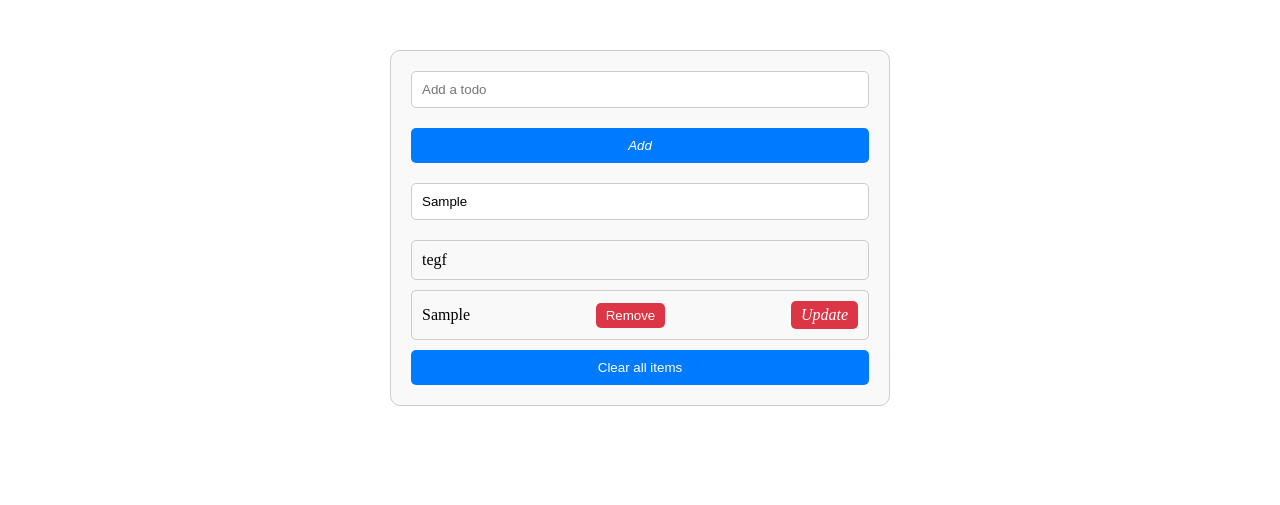
Repository: Fariadd/Vanilla-JS
Page: movieAPI/index.html
These files come from the project's save history. The page is drawn as it stood at one moment and after the next save; the edit follows.
The browser window is 1280 px wide. The pictures show the whole page.
Empty fields were first filled with sample values (such as "Sample", 5 or name@example.com).
After loading, the first visible `form.form` was submitted once.

Above is the page before, as saved 2024-10-04 10:47:04.

After the next save:
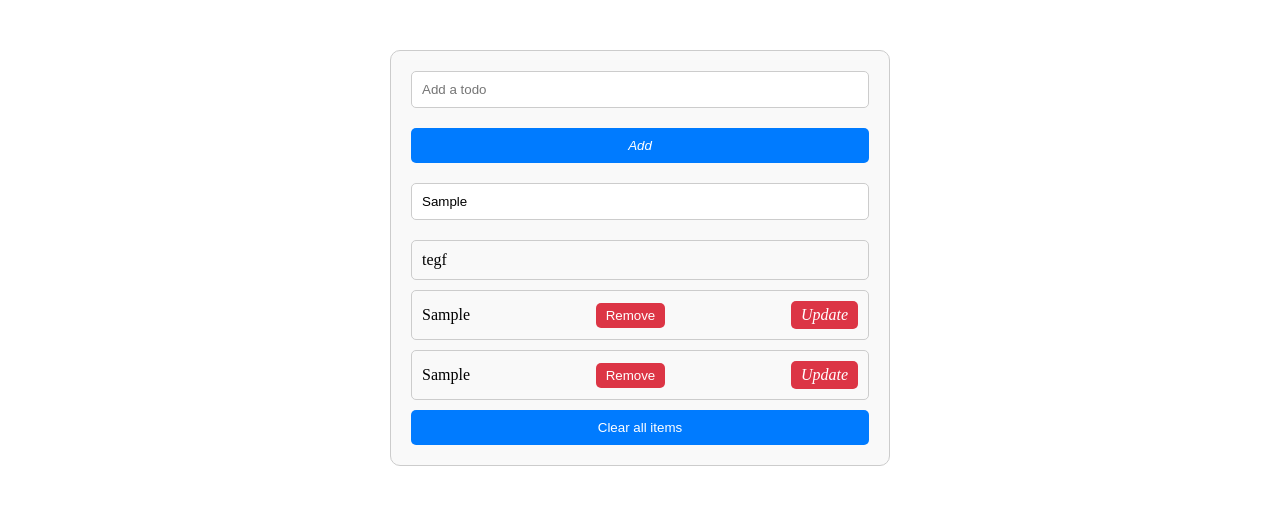
Saved 20 s later.
--- a/movieAPI/script.js
+++ b/movieAPI/script.js
@@ -22,12 +22,15 @@ form.addEventListener("submit", (e) => {
   }
 
   if (currentEditItem) {
-    updateButton(inputValue);
+    updateItem(inputValue);
   } else {
+    // Adding a new item
     if (existingItem(inputValue)) {
       alert("Item already exists!");
       return;
     }
+    createTodo(inputValue);
+    addItemToStorage(inputValue);
   }
 
   createTodo(inputValue);
